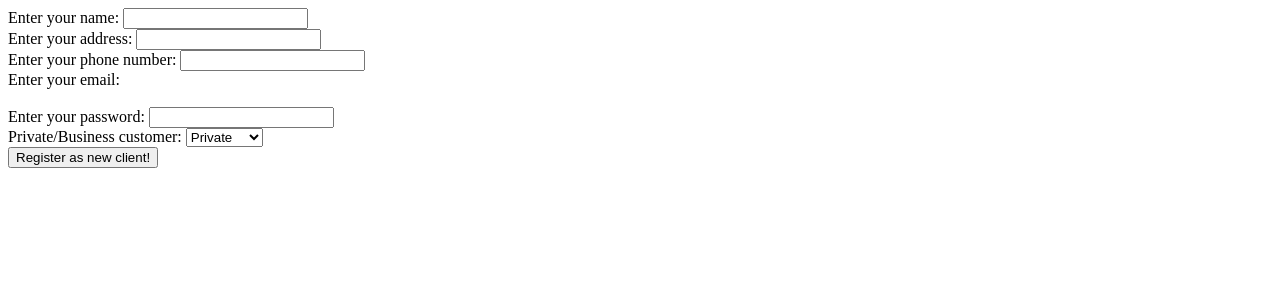
Repository: A-Mitev/E-Banking_Team_Project
Page: http://localhost/FiBank/WEB-INF/views/jsp/Register.jsp
These files come from the project's save history. The page is drawn as it stood at one moment and after the next save; the edit follows.
The browser window is 1280 px wide. The pictures show the whole page.
The page is served by Tomcat 9. Nobody is signed in. Other server files are loaded and not shown. The template is opened directly, without the code that normally fills it, so the values that code supplies are empty.

Above is the page before, as saved 2016-04-05 15:07:20.

### FiBank/src/main/webapp/WEB-INF/views/jsp/Register.jsp
<%@page import="javax.servlet.descriptor.TaglibDescriptor"%>
<%@ page language="java" contentType="text/html; charset=UTF-8"
    pageEncoding="UTF-8"%>
<%@ taglib prefix="springForm" uri="http://www.springframework.org/tags/form" %>
<!DOCTYPE html PUBLIC "-//W3C//DTD HTML 4.01 Transitional//EN" "http://www.w3.org/TR/html4/loose.dtd">
<html>
<head>
<meta http-equiv="Content-Type" content="text/html; charset=UTF-8">
<title>Register Page</title>
</head>
<body>
	<springForm:form method="post" commandName="user">
	<label>Enter your name:</label>
	<springForm:input type="text" path="name"/>
	<br/>
	<label>Enter your address:</label>
	<springForm:input type="text" path="address"/>
	<br/>
	<label>Enter your phone number:</label>
	<springForm:input type="text" path="phone"/>
	<br/>
	<label>Enter your email:</label>
	<springForm:form type="text" path="email"/>
	<br/>
	<label>Enter your password:</label>
	<springForm:password type="text" path="password"/>
	<br/>
	<label>Private/Business customer:</label>
	<springForm:select path="typeOfUser">
	<option value="PRIVATE">Private</option>
  	<option value="BUSINESS">Business</option>
	</springForm:select>
	<br/>
	<input type="submit" value="Register as new client!"/>
	</springForm:form>
</body>
</html>

After the next save:
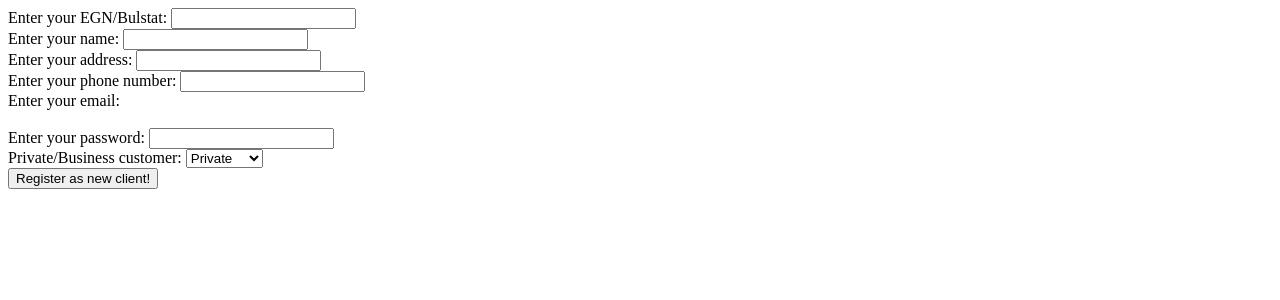
Saved 12 min 42 s later.
--- a/FiBank/src/main/webapp/WEB-INF/views/jsp/Register.jsp
+++ b/FiBank/src/main/webapp/WEB-INF/views/jsp/Register.jsp
@@ -9,7 +9,11 @@
 <title>Register Page</title>
 </head>
 <body>
+
 	<springForm:form method="post" commandName="user">
+	<label>Enter your EGN/Bulstat:</label>
+	<springForm:input type="text" path="id"/>
+	<br/>
 	<label>Enter your name:</label>
 	<springForm:input type="text" path="name"/>
 	<br/>
